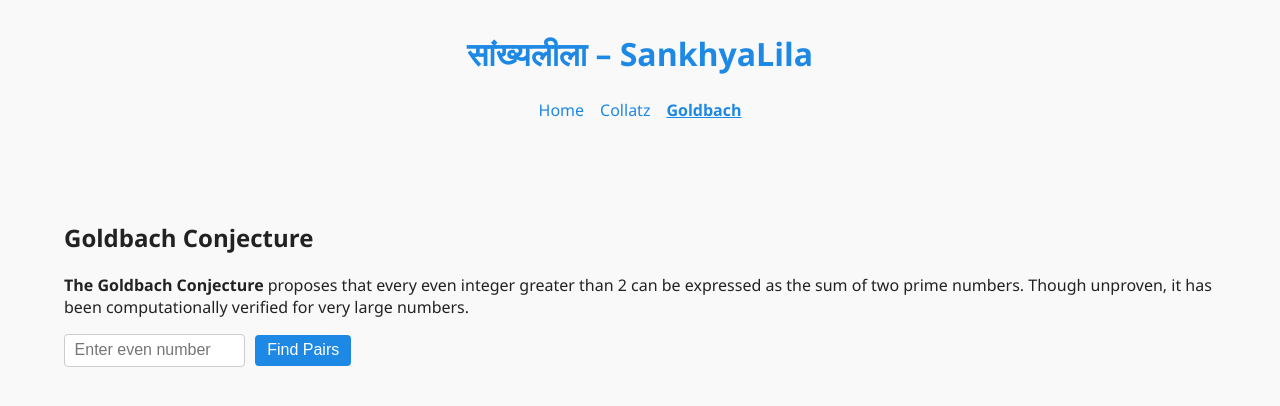
Repository: ChakreshSinghUC/SankhyaLila
Page: /#/goldbach
An editor plug-in stored every save of this project. The page is shown before and after the next save, followed by the edit.
The browser window is 1280 px wide. The pictures show the whole page.
The project was rebuilt for these pictures with package versions that can differ from the ones it lists, and the page was loaded fresh each time. Also part of the build but not shown: src/pages/Collatz.jsx.

Above is the page before, as saved 2025-07-05 17:49:02.

### src/App.js
import React from 'react';
import './App.css';
import { HashRouter as Router, Routes, Route, NavLink } from 'react-router-dom';
import Collatz from './pages/Collatz';
import Goldbach from './pages/Goldbach';

function App() {
  return (
    <Router>
      <header>
        <h1>सांख्यलीला – SankhyaLila</h1>
        <nav style={{ display: 'flex', gap: '1rem' }}>
          <NavLink
            to="/"
            end
            style={({ isActive }) => ({
              fontWeight: isActive ? 'bold' : 'normal',
              textDecoration: isActive ? 'underline' : 'none',
            })}
          >
            Home
          </NavLink>
          <NavLink
            to="/collatz"
            style={({ isActive }) => ({
              fontWeight: isActive ? 'bold' : 'normal',
              textDecoration: isActive ? 'underline' : 'none',
            })}
          >
            Collatz
          </NavLink>
          <NavLink
            to="/goldbach"
            style={({ isActive }) => ({
              fontWeight: isActive ? 'bold' : 'normal',
              textDecoration: isActive ? 'underline' : 'none',
            })}
          >
            Goldbach
          </NavLink>
        </nav> {/* ✅ This was missing! */}
      </header>

      <main style={{ padding: '1rem 2rem' }}>
        <Routes>
          <Route index element={<Home />} />
          <Route path="/collatz" element={<Collatz />} />
          <Route path="/goldbach" element={<Goldbach />} />
          <Route path="*" element={<NotFound />} />
        </Routes>
      </main>
    </Router>
  );
}

function Home() {
  return (
    <>
      <h2>Welcome to SankhyaLila</h2>
      <p>
        SankhyaLila (सांख्यलीला) is a digital playground for curious minds. Explore
        the beauty of numbers, patterns, and mathematical wonder through interactive
        visualizations.
      </p>
    </>
  );
}

function NotFound() {
  return <p>404 – Page not found</p>;
}

export default App;

### src/App.css
/* App.css — SankhyaLila */

body {
  margin: 0;
  font-family: 'Segoe UI', 'Helvetica Neue', sans-serif;
  background-color: #f9f9f9;
  color: #222;
}

h1 {
  text-align: center;
  color: #1e88e5;
  margin-top: 2rem;
  font-size: 2rem;
}

nav {
  display: flex;
  justify-content: center;
  gap: 1.5rem;
  margin-top: 1.5rem;
  margin-bottom: 2rem;
}

nav a {
  color: #1e88e5;
  text-decoration: none;
  font-weight: 500;
}

nav a:hover {
  text-decoration: underline;
}

input[type="number"] {
  padding: 0.4rem 0.6rem;
  font-size: 1rem;
  width: 160px;
  border-radius: 4px;
  border: 1px solid #ccc;
}

button {
  padding: 0.4rem 0.75rem;
  font-size: 1rem;
  margin-left: 10px;
  background-color: #1e88e5;
  color: white;
  border: none;
  cursor: pointer;
  border-radius: 4px;
}

button:hover {
  background-color: #1565c0;
}

label {
  font-size: 0.95rem;
  color: #444;
}

### src/pages/Goldbach.js
import React, { useState } from 'react';

function isPrime(n) {
  if (n < 2) return false;
  for (let i = 2; i * i <= n; i++) {
    if (n % i === 0) return false;
  }
  return true;
}

function findGoldbachPairs(even) {
  const pairs = [];
  for (let i = 2; i <= even / 2; i++) {
    if (isPrime(i) && isPrime(even - i)) {
      pairs.push([i, even - i]);
    }
  }
  return pairs;
}

export default function Goldbach() {
  const [input, setInput] = useState('');
  const [pairs, setPairs] = useState([]);

  const handleSubmit = () => {
    const n = parseInt(input);
    if (n > 2 && n % 2 === 0) {
      setPairs(findGoldbachPairs(n));
    } else {
      setPairs([]);
    }
  };

  return (
    <div style={{ padding: '2rem' }}>
      <h2>Goldbach Conjecture</h2>
      <p><strong>The Goldbach Conjecture</strong> proposes that every even integer greater than 2 can be expressed as the sum of two prime numbers. Though unproven, it has been computationally verified for very large numbers.</p>

      <input
        type="number"
        value={input}
        onChange={(e) => setInput(e.target.value)}
        onKeyDown={(e) => e.key === 'Enter' && handleSubmit()}
        placeholder="Enter even number"
      />
      <button onClick={handleSubmit} style={{ marginLeft: '10px' }}>Find Pairs</button>

      {pairs.length > 0 && (
        <div style={{ marginTop: '1rem' }}>
          <h4>Goldbach Pairs for {input}:</h4>
          <ul>
            {pairs.map(([a, b], index) => (
              <li key={index}>{a} + {b} = {input}</li>
            ))}
          </ul>
        </div>
      )}
    </div>
  );
}

Loaded but not shown: public/index.html (common file); src/index.js (common file); src/index.css (common file); src/reportWebVitals.js (common file)

After the next save:
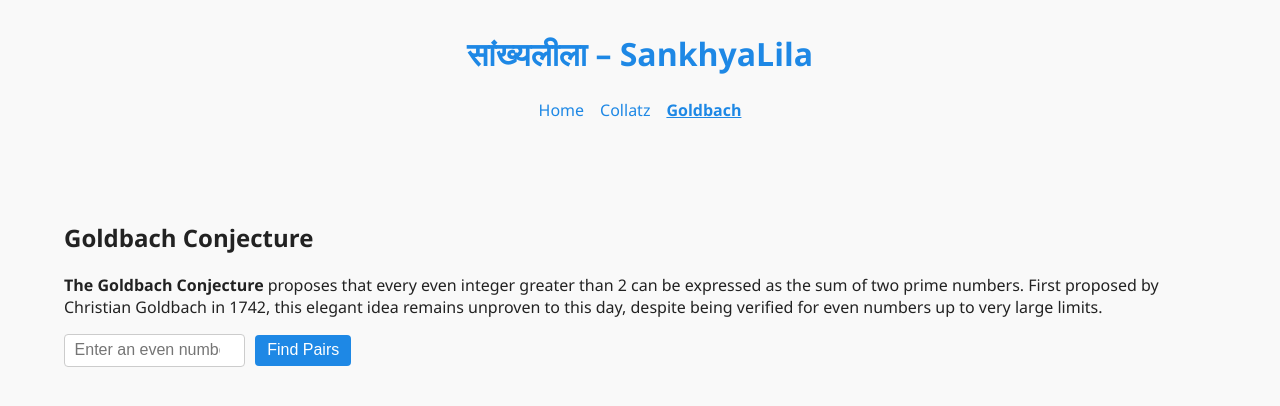
Saved 24 s later.
--- a/src/pages/Goldbach.js
+++ b/src/pages/Goldbach.js
@@ -21,36 +21,50 @@
 export default function Goldbach() {
   const [input, setInput] = useState('');
   const [pairs, setPairs] = useState([]);
+  const [error, setError] = useState('');
 
   const handleSubmit = () => {
     const n = parseInt(input);
-    if (n > 2 && n % 2 === 0) {
+    if (isNaN(n) || n <= 2 || n % 2 !== 0) {
+      setError('Please enter an even number greater than 2.');
+      setPairs([]);
+    } else {
+      setError('');
       setPairs(findGoldbachPairs(n));
-    } else {
-      setPairs([]);
     }
   };
 
   return (
     <div style={{ padding: '2rem' }}>
       <h2>Goldbach Conjecture</h2>
-      <p><strong>The Goldbach Conjecture</strong> proposes that every even integer greater than 2 can be expressed as the sum of two prime numbers. Though unproven, it has been computationally verified for very large numbers.</p>
+      <p>
+        <strong>The Goldbach Conjecture</strong> proposes that every even integer greater than 2
+        can be expressed as the sum of two prime numbers. First proposed by Christian Goldbach in 1742,
+        this elegant idea remains unproven to this day, despite being verified for even numbers
+        up to very large limits.
+      </p>
 
       <input
         type="number"
         value={input}
         onChange={(e) => setInput(e.target.value)}
         onKeyDown={(e) => e.key === 'Enter' && handleSubmit()}
-        placeholder="Enter even number"
+        placeholder="Enter an even number, e.g. 28"
       />
-      <button onClick={handleSubmit} style={{ marginLeft: '10px' }}>Find Pairs</button>
+      <button onClick={handleSubmit} style={{ marginLeft: '10px' }}>
+        Find Pairs
+      </button>
+
+      {error && <p style={{ color: 'red', marginTop: '1rem' }}>{error}</p>}
 
       {pairs.length > 0 && (
         <div style={{ marginTop: '1rem' }}>
           <h4>Goldbach Pairs for {input}:</h4>
           <ul>
             {pairs.map(([a, b], index) => (
-              <li key={index}>{a} + {b} = {input}</li>
+              <li key={index}>
+                {a} + {b} = {input}
+              </li>
             ))}
           </ul>
         </div>

After the save that followed:
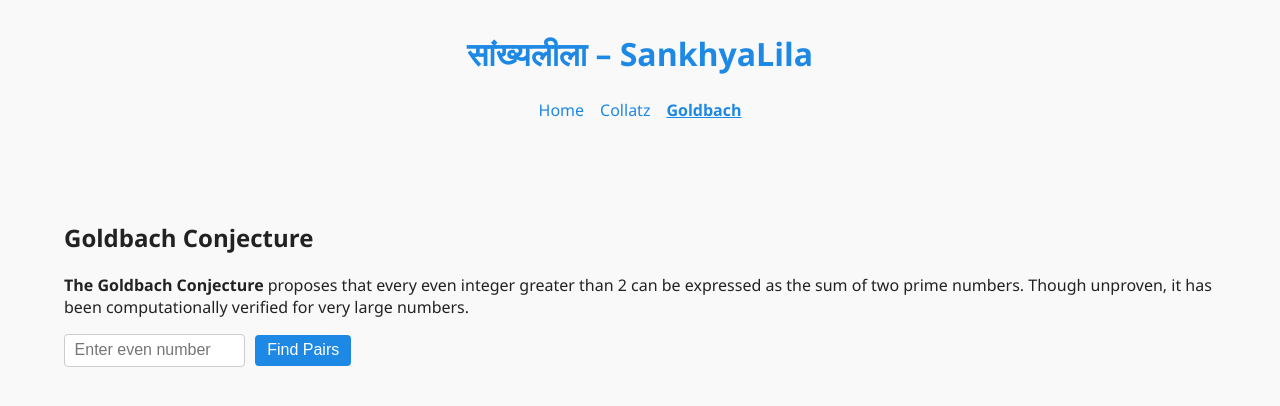
Saved 2 min 43 s later.
--- a/src/pages/Goldbach.js
+++ b/src/pages/Goldbach.js
@@ -25,12 +25,18 @@
 
   const handleSubmit = () => {
     const n = parseInt(input);
-    if (isNaN(n) || n <= 2 || n % 2 !== 0) {
+    if (isNaN(n)) {
+      setError('Please enter a valid number.');
+      setPairs([]);
+      return;
+    }
+
+    if (n > 2 && n % 2 === 0) {
+      setPairs(findGoldbachPairs(n));
+      setError('');
+    } else {
       setError('Please enter an even number greater than 2.');
       setPairs([]);
-    } else {
-      setError('');
-      setPairs(findGoldbachPairs(n));
     }
   };
 
@@ -38,10 +44,9 @@
     <div style={{ padding: '2rem' }}>
       <h2>Goldbach Conjecture</h2>
       <p>
-        <strong>The Goldbach Conjecture</strong> proposes that every even integer greater than 2
-        can be expressed as the sum of two prime numbers. First proposed by Christian Goldbach in 1742,
-        this elegant idea remains unproven to this day, despite being verified for even numbers
-        up to very large limits.
+        <strong>The Goldbach Conjecture</strong> proposes that every even integer
+        greater than 2 can be expressed as the sum of two prime numbers. Though
+        unproven, it has been computationally verified for very large numbers.
       </p>
 
       <input
@@ -49,22 +54,22 @@
         value={input}
         onChange={(e) => setInput(e.target.value)}
         onKeyDown={(e) => e.key === 'Enter' && handleSubmit()}
-        placeholder="Enter an even number, e.g. 28"
+        placeholder="Enter even number"
       />
       <button onClick={handleSubmit} style={{ marginLeft: '10px' }}>
         Find Pairs
       </button>
 
-      {error && <p style={{ color: 'red', marginTop: '1rem' }}>{error}</p>}
+      {error && (
+        <p style={{ color: 'red', marginTop: '0.5rem' }}>{error}</p>
+      )}
 
       {pairs.length > 0 && (
         <div style={{ marginTop: '1rem' }}>
           <h4>Goldbach Pairs for {input}:</h4>
           <ul>
             {pairs.map(([a, b], index) => (
-              <li key={index}>
-                {a} + {b} = {input}
-              </li>
+              <li key={index}>{a} + {b} = {input}</li>
             ))}
           </ul>
         </div>
